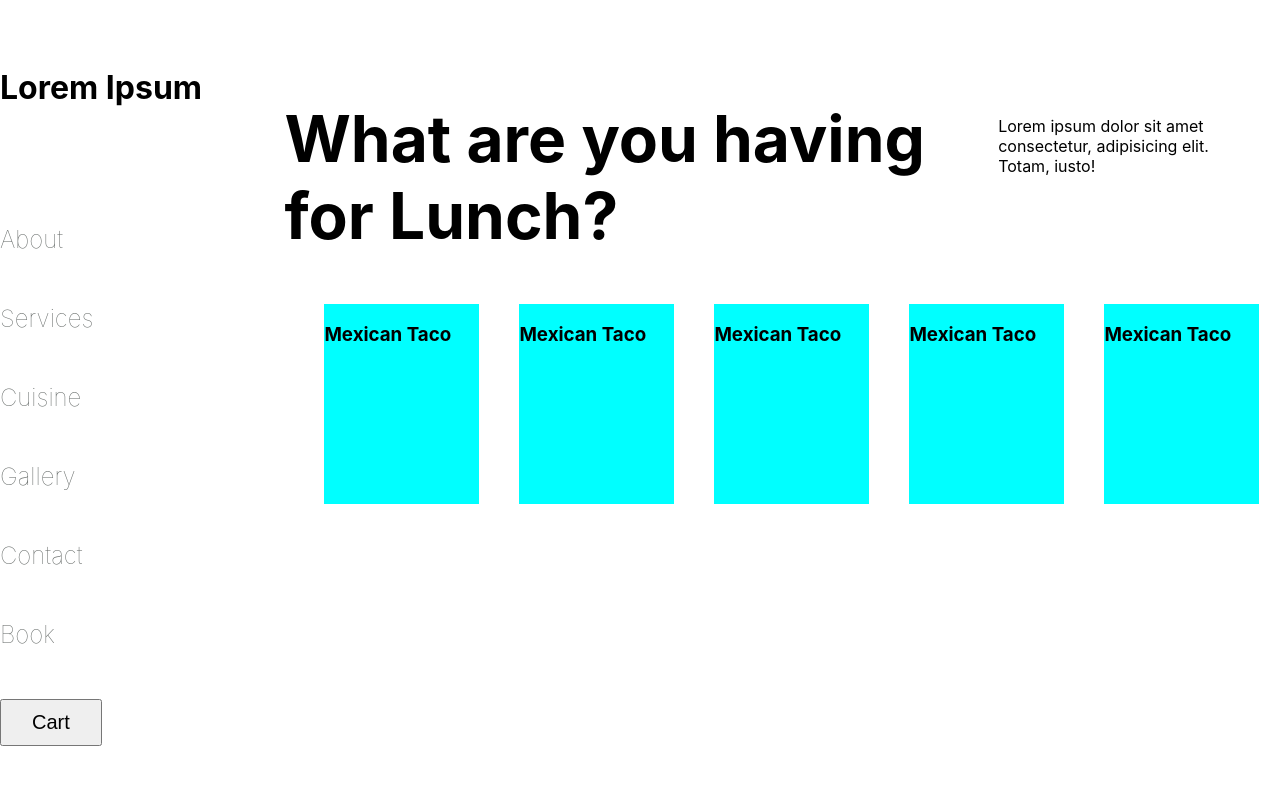
Repository: Marlstergo/assignment2
Page: /
The author's editor kept a copy of each file at every save. The page is drawn from the files as they stood at one save, then again after the next save.
The browser window is 1280 px wide. The pictures show the whole page.
The project was rebuilt for these pictures with package versions that can differ from the ones it lists, and the page was loaded fresh each time.

Above is the page before, as saved 2021-07-27 02:22:54.

### src/App.js
import logo from "./logo.svg";
import "./App.css";

function App() {
  return (
    <div className="container">
      <div className="full">
        <div className="sidebar">
          <div className="logo">
            <h1>Lorem Ipsum</h1>
          </div>
          <div className="items">
            <div className="item">
              <h2 className="">About</h2>
            </div>
            <div className="item">
              <h2 className="">Services</h2>
            </div>
            <div className="item">
              <h2 className="">Cuisine</h2>
            </div>
            <div className="item">
              <h2 className="">Gallery</h2>
            </div>
            <div className="item">
              <h2 className="">Contact</h2>
            </div>
            <div className="item">
              <h2 className="">Book</h2>
            </div>
            <div className="item">
              <button className="button">Cart</button>
            </div>
          </div>
        </div>
        <div className="main-view">
          <div className="hero">
            <div className="title">
              <h1 className="">What are you having for Lunch?</h1>
            </div>
            <div className="paragraph">
              <p className="">
                Lorem ipsum dolor sit amet consectetur, adipisicing elit. Totam,
                iusto!
              </p>
            </div>
          </div>
          <div className="row">
            <div className="cell">
              <div className="">{/* image */}</div>
              <div className="">
                <h3 className="">Mexican Taco</h3>
              </div>
            </div>
            <div className="cell">
              <div className="">{/* image */}</div>
              <div className="">
                <h3 className="">Mexican Taco</h3>
              </div>
            </div>
            <div className="cell">
              <div className="">{/* image */}</div>
              <div className="">
                <h3 className="">Mexican Taco</h3>
              </div>
            </div>
            <div className="cell">
              <div className="">{/* image */}</div>
              <div className="">
                <h3 className="">Mexican Taco</h3>
              </div>
            </div>
            <div className="cell">
              <div className="">{/* image */}</div>
              <div className="">
                <h3 className="">Mexican Taco</h3>
              </div>
            </div>
          </div>
        </div>
      </div>
    </div>
  );
}

export default App;

### src/App.css
.container {
  height: 100vh;
  width: 100%;
  /* padding-left: 1.5rem;
  padding-right: 1.5rem; */
}

@media screen and (min-width: 640px) {
  .container {
    max-width: 640px;
    margin: 0 auto;
  }
}

@media screen and (min-width: 768px) {
  .container {
    max-width: 768px;
  }
}

@media screen and (min-width: 1024px) {
  .container {
    max-width: 1024px;
    /* padding-left: 4rem;
    padding-right: 4rem; */
  }
}

@media screen and (min-width: 1280px) {
  .container {
    max-width: 1280px;
    /* padding-left: 5rem;
    padding-right: 5rem; */
  }
}

@media screen and (min-width: 1536px) {
  .container {
    max-width: 1536px;
  }
}

.full {
  display: grid;
  grid-template-columns: repeat(9, minmax(0, 1fr));
  height: 100%;
}

.sidebar {
  grid-column: span 2 / span 2;
  /* margin: auto 0; */
}
.logo{
  height: 175px;
  display: flex;
  align-items: center;
  /* justify-content: center; */

}

.items{

}

.item{
  color: rgb(101, 106, 104);
  font-weight: 100;
  margin: 50px 0px;
}
.item h2{
  font-weight: 100;

}

.button{
  padding: 10px 30px;
  font-size: 20px;
  border-radius: 50%px;
}

.logo h1{
  padding: auto auto;
}

.main-view{
  grid-column: span 7 / span 7;
}

.row{
  display: flex;
  /* overflow-x: scroll; */

}

.hero{
  margin: 50px 0px;
  margin-top: 100px;
  display: grid;
  grid-template-columns: repeat(9, minmax(0, 1fr));

}
.paragraph{
  grid-column: span 3 / span 3;
  padding: 0 50px;
}

.title{
  grid-column: span 6 / span 6;
  font-size: 2rem;

}

h1{
  margin: 0;
}

.cell{
  margin-left: 40px;
  background-color: aqua;
  height: 200px;
  width: 155px;
}

Loaded but not shown: public/index.html (common file); src/index.js (common file); src/index.css (common file); src/reportWebVitals.js (common file)

After the next save:
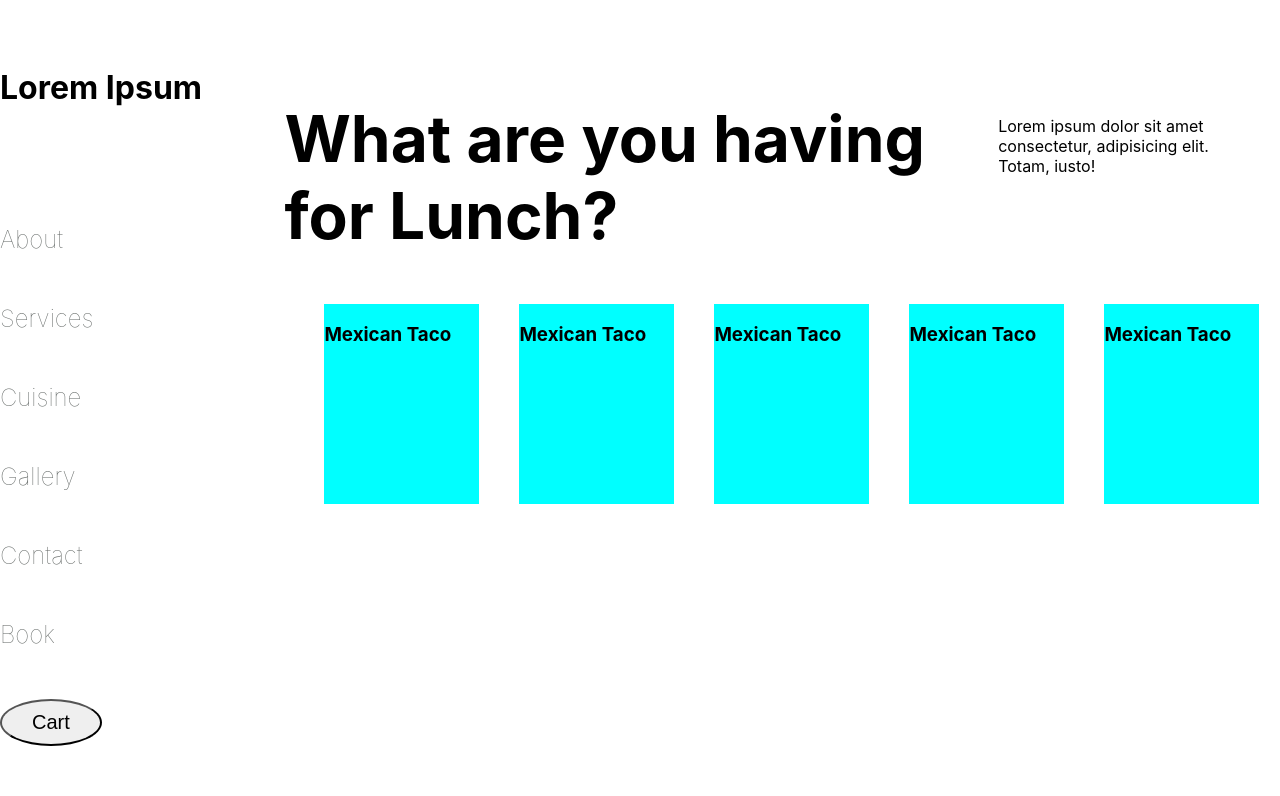
Saved 10 s later.
--- a/src/App.css
+++ b/src/App.css
@@ -75,7 +75,7 @@
 .button{
   padding: 10px 30px;
   font-size: 20px;
-  border-radius: 50%px;
+  border-radius: 50%;
 }
 
 .logo h1{
